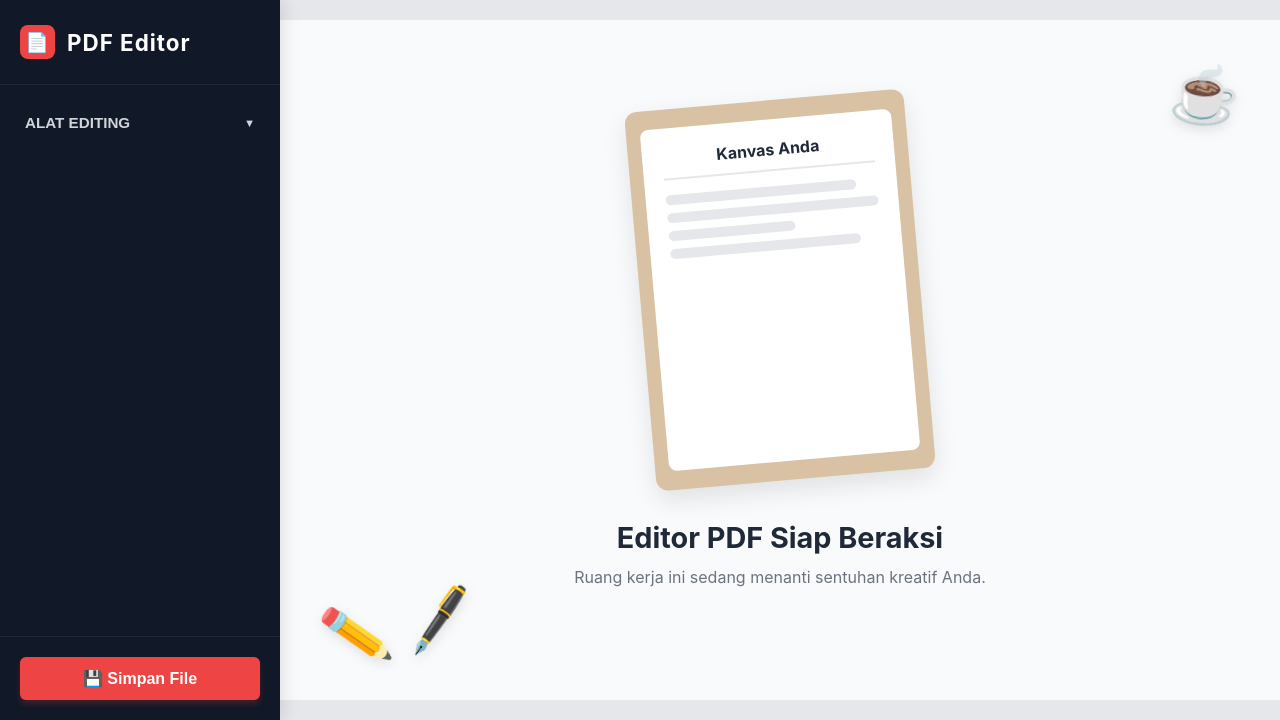
Repository: IkhsanMoekhtar/pdf_editor
Page: /
These files come from the project's save history. The page is drawn as it stood at one moment and after the next save; the edit follows.
The browser window is 1280 px wide. The pictures show the whole page.
The project was rebuilt for these pictures with package versions that can differ from the ones it lists, and the page was loaded fresh each time. Also part of the build but not shown: vite.config.js.

Above is the page before, as saved 2026-03-18 05:51:54.

### index.html
<!doctype html>
<html lang="en">
  <head>
    <meta charset="UTF-8" />
    <link rel="icon" type="image/svg+xml" href="/favicon.svg" />
    <meta name="viewport" content="width=device-width, initial-scale=1.0" />
    <title>frontend-pdf</title>
  </head>
  <body>
    <div id="root"></div>
    <script type="module" src="/src/main.jsx"></script>
  </body>
</html>

### src/index.css
/* --- CSS RESET GLOBAL --- */

/* Tanda bintang (*) artinya menerapkan aturan ini ke SEMUA elemen di website */
* {
  margin: 0;
  padding: 0;
  box-sizing: border-box; /* Memastikan padding tidak menambah lebar elemen */
}

/* Memaksa elemen dasar website untuk mengambil 100% layar tanpa sisa */
html, body, #root {
  width: 100%;
  height: 100%;
  background-color: #f3f4f6; /* Warna latar belakang aplikasi kita */
}

/* Menghilangkan font default yang kaku */
body {
  font-family: Inter, system-ui, Avenir, Helvetica, Arial, sans-serif;
  -webkit-font-smoothing: antialiased;
}

### src/App.jsx
import React, { useState, useRef, useEffect } from 'react';
import { Document, Page, pdfjs } from 'react-pdf';
import './App.css';

// Setup worker standar Vite
pdfjs.GlobalWorkerOptions.workerSrc = new URL(
  'pdfjs-dist/build/pdf.worker.min.mjs',
  import.meta.url,
).toString();

function App() {
  // --- STATE DASAR ---
  const [pdfFile, setPdfFile] = useState(null);
  const [activeTool, setActiveTool] = useState(null);
  const [expandedMenu, setExpandedMenu] = useState(null);
  const fileInputRef = useRef(null);

  // --- STATE PDF VIEWER ---
  const [numPages, setNumPages] = useState(null);
  const [pageNumber, setPageNumber] = useState(1);

  // --- STATE UNTUK ZOOM OTOMATIS (FIT TO BOX) ---
  const pdfWrapperRef = useRef(null);
  const [containerSize, setContainerSize] = useState({ width: 0, height: 0 });
  const [pageDetails, setPageDetails] = useState(null);

  // Mengukur area kerja yang tersedia saat browser diubah ukurannya
  useEffect(() => {
    const observer = new ResizeObserver((entries) => {
      if (entries[0]) {
        setContainerSize({
          // Mengurangi padding agar PDF tidak terlalu mepet ke ujung layar
          width: entries[0].contentRect.width - 60,
          height: entries[0].contentRect.height - 100
        });
      }
    });

    if (pdfWrapperRef.current) {
      observer.observe(pdfWrapperRef.current);
    }

    return () => observer.disconnect();
  }, [pdfFile]);

  // Fungsi mengkalkulasi zoom agar pas di tengah (tidak memotong tinggi/lebar)
  const calculateScale = () => {
    if (!containerSize.width || !containerSize.height || !pageDetails) {
      return 1; // Skala default saat sedang proses memuat
    }

    // Bandingkan rasio ruang kosong dengan ukuran asli PDF
    const scaleX = containerSize.width / pageDetails.width;
    const scaleY = containerSize.height / pageDetails.height;

    // Ambil zoom yang paling kecil agar PDF tidak keluar dari layar
    return Math.min(scaleX, scaleY);
  };

  // --- FUNGSI INTERAKSI ---
  const handleFileUpload = (event) => {
    const file = event.target.files[0];
    if (file && file.type === 'application/pdf') {
      setPdfFile(file);
      setPageNumber(1);
      setPageDetails(null); // Reset ukuran saat ganti dokumen baru
    } else {
      alert("Mohon unggah file dengan format PDF.");
    }
  };

  const onDocumentLoadSuccess = ({ numPages }) => {
    setNumPages(numPages);
  };

  const onPageLoadSuccess = (page) => {
    // Menyimpan ukuran asli PDF (portrait/landscape) ke dalam memori
    setPageDetails({
      width: page.originalWidth,
      height: page.originalHeight
    });
  };

  const changePage = (offset) => {
    setPageNumber(prevPageNumber => prevPageNumber + offset);
  };

  const handleToolClick = (toolName) => {
    setActiveTool(toolName);
    if (toolName === 'save') alert("Mempersiapkan data!");
  };

  const triggerUpload = () => fileInputRef.current.click();
  const toggleMenu = (menuName) => setExpandedMenu(expandedMenu === menuName ? null : menuName);

  return (
    <div className="app-container">

      {/* --- SIDEBAR --- */}
      <aside className="main-sidebar">
        <div className="brand">
          <span className="brand-icon">📄</span>
          <strong>PDF Editor</strong>
        </div>

        <nav className="sidebar-nav">
          <div className={`nav-group ${expandedMenu === 'tools' ? 'expanded' : ''}`}>
            <button className="nav-item has-arrow" onClick={() => toggleMenu('tools')}>
              ALAT EDITING <span className="arrow">▼</span>
            </button>
            <div className="submenu">
              <button className={`submenu-btn ${activeTool === 'text' ? 'active' : ''}`} onClick={() => handleToolClick('text')}>
                <span className="doc-icon icon-pdf">T</span> Tambah Teks
              </button>
              <button className={`submenu-btn ${activeTool === 'draw' ? 'active' : ''}`} onClick={() => handleToolClick('draw')}>
                <span className="doc-icon icon-pdf">C</span> Coretan Bebas
              </button>
            </div>
          </div>
        </nav>

        <div className="sidebar-footer">
          <button className="save-btn" onClick={() => handleToolClick('save')}>💾 Simpan File</button>
        </div>
      </aside>

      {/* --- AREA KERJA UTAMA --- */}
      <main className="workspace">

        {/* Kontainer yang diukur oleh ResizeObserver */}
        <div
          className="viewer-container"
          ref={pdfWrapperRef}
          style={{ width: '100%', height: '100%', display: 'flex', flexDirection: 'column', alignItems: 'center', justifyContent: 'center', overflow: 'hidden', backgroundColor: '#e5e7eb' }}
        >

          {pdfFile ? (
            <div className="custom-pdf-viewer" style={{ display: 'flex', flexDirection: 'column', alignItems: 'center', width: '100%', height: '100%', padding: '20px' }}>

              {/* Toolbar Navigasi Halaman */}
              <div className="pdf-controls" style={{ flexShrink: 0, marginBottom: '15px', display: 'flex', gap: '15px', alignItems: 'center', backgroundColor: 'white', padding: '10px 20px', borderRadius: '8px', boxShadow: '0 2px 5px rgba(0,0,0,0.1)' }}>
                <button onClick={() => changePage(-1)} disabled={pageNumber <= 1} style={{ padding: '8px 12px', cursor: pageNumber <= 1 ? 'not-allowed' : 'pointer', border: '1px solid #ccc', borderRadius: '4px', background: 'white' }}>
                  ◀ Sebelumnya
                </button>
                <span style={{ fontWeight: 'bold', color: '#374151' }}>
                  Halaman {pageNumber} dari {numPages || '--'}
                </span>
                <button onClick={() => changePage(1)} disabled={pageNumber >= numPages} style={{ padding: '8px 12px', cursor: pageNumber >= numPages ? 'not-allowed' : 'pointer', border: '1px solid #ccc', borderRadius: '4px', background: 'white' }}>
                  Selanjutnya ▶
                </button>
              </div>

              {/* Area Render Kertas PDF (Diberi bungkus agar posisinya stabil di tengah) */}
              <div className="pdf-paper-wrapper" style={{ flex: 1, overflow: 'auto', display: 'flex', justifyContent: 'center', alignItems: 'center', width: '100%' }}>
                <div className="pdf-paper" style={{ boxShadow: '0 10px 30px rgba(0,0,0,0.15)', backgroundColor: 'white' }}>
                  <Document
                    file={pdfFile}
                    onLoadSuccess={onDocumentLoadSuccess}
                    loading={<div style={{ padding: '50px' }}>Memuat mesin dan dokumen...</div>}
                  >
                    <Page
                      pageNumber={pageNumber}
                      renderTextLayer={false}
                      renderAnnotationLayer={false}
                      onLoadSuccess={onPageLoadSuccess}
                      scale={calculateScale()}
                    />
                  </Document>
                </div>
              </div>

            </div>
          ) : (
            // --- AREA EMPTY STATE (Upload Baru) ---
            <div className="empty-state desktop-scene" onClick={triggerUpload} style={{ margin: '20px' }}>
              <input type="file" accept="application/pdf" style={{ display: 'none' }} ref={fileInputRef} onChange={handleFileUpload} />
              <div className="clipboard">
                <div className="clipboard-paper">
                  <div className="clipboard-header">Kanvas Anda</div>
                  <div className="clipboard-content">
                    <div className="empty-line large"></div>
                    <div className="empty-line"></div>
                    <div className="empty-line medium"></div>
                    <div className="empty-line large"></div>
                  </div>
                </div>
              </div>
              <div className="desk-item coffee-cup">☕️</div>
              <div className="desk-item pens">✏️ 🖋️</div>
              <div className="message-container">
                <h3>Editor PDF Siap Beraksi</h3>
                <p>Ruang kerja ini sedang menanti sentuhan kreatif Anda.</p>
              </div>
            </div>
          )}
        </div>
      </main>
    </div>
  );
}

export default App;

### src/App.css
/* --- TATA LETAK UTAMA --- */
.app-container {
  display: flex;
  flex-direction: row; /* Kembali menyamping: Kiri Sidebar, Kanan Workspace */
  height: 100vh;
  font-family: Inter, system-ui, Avenir, Helvetica, Arial, sans-serif;
  background-color: #e5e7eb;
}

/* --- SIDEBAR BARU --- */
.main-sidebar {
  width: 280px;
  background-color: #111827; /* Warna gelap yang modern */
  color: #f3f4f6;
  display: flex;
  flex-direction: column;
  flex-shrink: 0;
  box-shadow: 4px 0 15px rgba(0,0,0,0.1);
  z-index: 10;
}

.brand {
  display: flex;
  align-items: center;
  gap: 12px;
  padding: 25px 20px;
  font-size: 1.4rem;
  font-weight: 800;
  letter-spacing: 1px;
  border-bottom: 1px solid #1f2937;
  color: #ffffff;
}

.brand-icon {
  background-color: #ef4444;
  padding: 5px;
  border-radius: 8px;
  font-size: 1.2rem;
}

/* --- NAVIGASI SIDEBAR (ACCORDION) --- */
.sidebar-nav {
  flex: 1;
  overflow-y: auto; /* Bisa di-scroll jika menu terlalu panjang */
  padding: 15px 0;
}

/* Tombol Menu Utama */
.nav-item {
  width: 100%;
  text-align: left;
  background: transparent;
  border: none;
  color: #d1d5db;
  padding: 14px 25px;
  font-size: 0.95rem;
  font-weight: 600;
  cursor: pointer;
  display: flex;
  justify-content: space-between;
  align-items: center;
  transition: all 0.2s;
}

.nav-item:hover {
  background-color: #1f2937;
  color: #ffffff;
}

.arrow {
  font-size: 0.7rem;
  transition: transform 0.3s ease;
}

/* --- LOGIKA ACCORDION (Animasi Buka/Tutup) --- */
.submenu {
  max-height: 0; /* Secara default tertutup */
  overflow: hidden;
  background-color: #0b0f19; /* Latar submenu lebih gelap agar beda */
  transition: max-height 0.4s cubic-bezier(0.4, 0, 0.2, 1);
}

.nav-group.expanded .submenu {
  max-height: 500px; /* Terbuka saat div memiliki class 'expanded' */
}

.nav-group.expanded .arrow {
  transform: rotate(180deg); /* Panah berputar */
}

.nav-group.expanded .nav-item {
  color: #ef4444; /* Judul menu yang aktif berwarna merah */
}

/* Isi Submenu */
.submenu-title {
  font-size: 0.7rem;
  color: #6b7280;
  font-weight: 700;
  padding: 15px 25px 5px 25px;
  letter-spacing: 1px;
}

.submenu-btn {
  width: 100%;
  text-align: left;
  background: transparent;
  border: none;
  color: #9ca3af;
  padding: 10px 25px;
  font-size: 0.85rem;
  display: flex;
  align-items: center;
  cursor: pointer;
  transition: all 0.2s;
}

.submenu-btn:hover {
  color: #ffffff;
  background-color: #1f2937;
}

.submenu-btn.active {
  color: #ffffff;
  background-color: #ef4444;
}

/* -- IKON BERBASIS CSS (Tetap Dipertahankan) -- */
.doc-icon {
  display: inline-flex;
  align-items: center; justify-content: center;
  width: 20px; height: 20px;
  border-radius: 4px; font-size: 10px; font-weight: 800; color: white;
  margin-right: 12px;
}
.icon-jpg { background-color: #eab308; }
.icon-word { background-color: #3b82f6; }
.icon-ppt { background-color: #f97316; }
.icon-excel { background-color: #22c55e; }
.icon-pdf { background-color: #ef4444; }

/* --- BAGIAN BAWAH SIDEBAR --- */
.sidebar-footer {
  padding: 20px;
  border-top: 1px solid #1f2937;
}

.save-btn {
  width: 100%;
  padding: 12px;
  background-color: #ef4444;
  color: white;
  border: none;
  border-radius: 6px;
  font-weight: bold;
  font-size: 1rem;
  cursor: pointer;
  transition: background-color 0.2s;
  box-shadow: 0 4px 6px rgba(239, 68, 68, 0.2);
}

.save-btn:hover { background-color: #dc2626; }

/* --- AREA KERJA UTAMA --- */
.workspace {
  flex: 1;
  display: flex;
  position: relative;
  overflow: hidden;
}

.viewer-container {
  width: 100%;
  height: 100%;
  background-color: #f9fafb;
  display: flex;
  justify-content: center;
  align-items: center;
}

/* --- DESAIN AREA KOSONG (KLIK UNTUK UPLOAD) --- */
.empty-state.desktop-scene {
  display: flex;
  flex-direction: column;
  align-items: center;
  justify-content: center;
  height: 100%;
  width: 100%;
  background-color: #f9fafb;
  position: relative;
  padding: 40px;
  overflow: hidden;
  cursor: pointer; /* Mengubah kursor menjadi tangan (menandakan bisa diklik) */
  transition: background-color 0.3s ease;
}

/* Sedikit penggelapan latar belakang saat area disorot mouse */
.empty-state.desktop-scene:hover {
  /* Menjalankan animasi 'pulse-border' selama 2 detik, berulang terus menerus (infinite) */
  animation: pulse-border 2s infinite ease-in-out;

  /* Sedikit mencerahkan latar belakang agar efek glow lebih terlihat */
  background-color: rgba(59, 130, 246, 0.03);
}

.clipboard {
  width: 280px; height: 380px;
  background-color: #d8c2a3;
  border-radius: 12px;
  box-shadow: 0 10px 25px rgba(0,0,0,0.1);
  transform: rotate(-5deg);
  position: relative;
  display: flex; align-items: center; justify-content: center;
  margin-bottom: 40px;
  transition: transform 0.3s ease;
}

.empty-state.desktop-scene:hover .clipboard {
  transform: rotate(0deg) scale(1.03);
}

.clipboard-paper {
  width: 90%; height: 90%; background-color: #ffffff;
  border-radius: 8px; padding: 20px;
  display: flex; flex-direction: column; gap: 15px;
}

.clipboard-header {
  font-weight: bold; color: #1f2937;
  border-bottom: 2px solid #e5e7eb; padding-bottom: 10px; text-align: center;
}

.clipboard-content { flex: 1; display: flex; flex-direction: column; gap: 8px; }
.empty-line { height: 10px; background-color: #e5e7eb; border-radius: 5px; }
.empty-line.large { width: 90%; }
.empty-line.medium { width: 60%; }

.desk-item { position: absolute; font-size: 3.5rem; filter: drop-shadow(0 4px 6px rgba(0,0,0,0.1)); }
.coffee-cup { top: 40px; right: 40px; transform: rotate(5deg); }
.pens { bottom: 40px; left: 40px; display: flex; gap: 10px; transform: rotate(-10deg); }

.message-container { text-align: center; max-width: 500px; margin-bottom: 30px; }
.message-container h3 { font-size: 1.8rem; color: #1f2937; font-weight: 700; margin-bottom: 10px; }
.message-container p { color: #6b7280; line-height: 1.6; }

.start-hint-pil {
  display: flex; align-items: center; gap: 12px;
  background-color: #1f2937; color: #ffffff;
  padding: 12px 24px; border-radius: 999px;
  font-weight: bold; box-shadow: 0 6px 15px rgba(0,0,0,0.2);
  transition: all 0.2s;
}

.empty-state.desktop-scene:hover .start-hint-pil {
  background-color: #3b82f6; /* Berubah menjadi biru saat disorot */
  transform: translateY(-2px);
}

/* Animasi Ikon Mouse bergerak naik turun */
.bouncy-arrow {
  display: inline-block;
  font-size: 1.3rem;
  animation: bounce-vertical-hint 1.5s infinite;
}

@keyframes bounce-vertical-hint {
  0%, 100% { transform: translateY(0); }
  50% { transform: translateY(-5px); }
}

@keyframes pulse-border {
  0% {
    border-color: #9ca3af;
    box-shadow: 0 0 0 0 rgba(59, 130, 246, 0);
  }
  50% {
    /* Di titik tengah, border menjadi biru menyala dan memancarkan cahaya (glow) */
    border-color: #3b82f6;
    box-shadow: 0 0 20px 2px rgba(59, 130, 246, 0.3), inset 0 0 15px rgba(59, 130, 246, 0.1);
  }
  100% {
    border-color: #9ca3af;
    box-shadow: 0 0 0 0 rgba(59, 130, 246, 0);
  }
}

Loaded but not shown: src/main.jsx (common file)

After the next save:
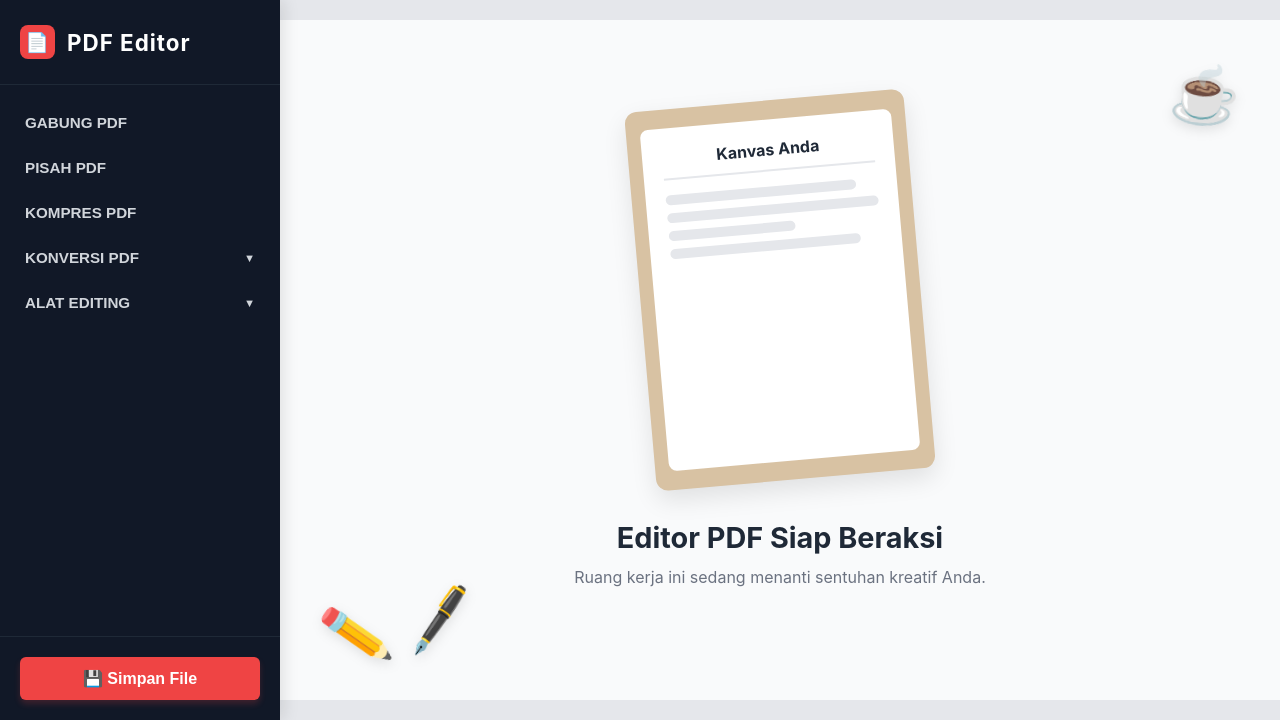
Saved 107 s later.
--- a/src/App.jsx
+++ b/src/App.jsx
@@ -12,7 +12,7 @@ function App() {
   // --- STATE DASAR ---
   const [pdfFile, setPdfFile] = useState(null);
   const [activeTool, setActiveTool] = useState(null);
-  const [expandedMenu, setExpandedMenu] = useState(null);
+  const [expandedMenu, setExpandedMenu] = useState(null); // State untuk Accordion Sidebar
   const fileInputRef = useRef(null);
 
   // --- STATE PDF VIEWER ---
@@ -24,12 +24,11 @@ function App() {
   const [containerSize, setContainerSize] = useState({ width: 0, height: 0 });
   const [pageDetails, setPageDetails] = useState(null);
 
-  // Mengukur area kerja yang tersedia saat browser diubah ukurannya
+  // Mengukur area kerja yang tersedia
   useEffect(() => {
     const observer = new ResizeObserver((entries) => {
       if (entries[0]) {
         setContainerSize({
-          // Mengurangi padding agar PDF tidak terlalu mepet ke ujung layar
           width: entries[0].contentRect.width - 60,
           height: entries[0].contentRect.height - 100
         });
@@ -43,17 +42,11 @@ function App() {
     return () => observer.disconnect();
   }, [pdfFile]);
 
-  // Fungsi mengkalkulasi zoom agar pas di tengah (tidak memotong tinggi/lebar)
+  // Kalkulasi zoom agar pas di tengah
   const calculateScale = () => {
-    if (!containerSize.width || !containerSize.height || !pageDetails) {
-      return 1; // Skala default saat sedang proses memuat
-    }
-
-    // Bandingkan rasio ruang kosong dengan ukuran asli PDF
+    if (!containerSize.width || !containerSize.height || !pageDetails) return 1;
     const scaleX = containerSize.width / pageDetails.width;
     const scaleY = containerSize.height / pageDetails.height;
-
-    // Ambil zoom yang paling kecil agar PDF tidak keluar dari layar
     return Math.min(scaleX, scaleY);
   };
 
@@ -63,7 +56,7 @@ function App() {
     if (file && file.type === 'application/pdf') {
       setPdfFile(file);
       setPageNumber(1);
-      setPageDetails(null); // Reset ukuran saat ganti dokumen baru
+      setPageDetails(null);
     } else {
       alert("Mohon unggah file dengan format PDF.");
     }
@@ -74,11 +67,7 @@ function App() {
   };
 
   const onPageLoadSuccess = (page) => {
-    // Menyimpan ukuran asli PDF (portrait/landscape) ke dalam memori
-    setPageDetails({
-      width: page.originalWidth,
-      height: page.originalHeight
-    });
+    setPageDetails({ width: page.originalWidth, height: page.originalHeight });
   };
 
   const changePage = (offset) => {
@@ -87,7 +76,7 @@ function App() {
 
   const handleToolClick = (toolName) => {
     setActiveTool(toolName);
-    if (toolName === 'save') alert("Mempersiapkan data!");
+    if (toolName === 'save') alert("Mempersiapkan data untuk backend Golang!");
   };
 
   const triggerUpload = () => fileInputRef.current.click();
@@ -96,7 +85,7 @@ function App() {
   return (
     <div className="app-container">
 
-      {/* --- SIDEBAR --- */}
+      {/* --- SIDEBAR UTAMA (LENGKAP) --- */}
       <aside className="main-sidebar">
         <div className="brand">
           <span className="brand-icon">📄</span>
@@ -104,6 +93,31 @@ function App() {
         </div>
 
         <nav className="sidebar-nav">
+          <button className="nav-item">GABUNG PDF</button>
+          <button className="nav-item">PISAH PDF</button>
+          <button className="nav-item">KOMPRES PDF</button>
+
+          {/* Grup Menu: KONVERSI PDF */}
+          <div className={`nav-group ${expandedMenu === 'convert' ? 'expanded' : ''}`}>
+            <button className="nav-item has-arrow" onClick={() => toggleMenu('convert')}>
+              KONVERSI PDF <span className="arrow">▼</span>
+            </button>
+            <div className="submenu">
+              <div className="submenu-title">KE PDF</div>
+              <button className="submenu-btn"><span className="doc-icon icon-jpg">J</span> JPG ke PDF</button>
+              <button className="submenu-btn"><span className="doc-icon icon-word">W</span> WORD ke PDF</button>
+              <button className="submenu-btn"><span className="doc-icon icon-ppt">P</span> PPT ke PDF</button>
+              <button className="submenu-btn"><span className="doc-icon icon-excel">X</span> EXCEL ke PDF</button>
+
+              <div className="submenu-title" style={{ marginTop: '10px' }}>DARI PDF</div>
+              <button className="submenu-btn"><span className="doc-icon icon-jpg">J</span> PDF ke JPG</button>
+              <button className="submenu-btn"><span className="doc-icon icon-word">W</span> PDF ke WORD</button>
+              <button className="submenu-btn"><span className="doc-icon icon-ppt">P</span> PDF ke PPT</button>
+              <button className="submenu-btn"><span className="doc-icon icon-excel">X</span> PDF ke EXCEL</button>
+            </div>
+          </div>
+
+          {/* Grup Menu: ALAT EDIT */}
           <div className={`nav-group ${expandedMenu === 'tools' ? 'expanded' : ''}`}>
             <button className="nav-item has-arrow" onClick={() => toggleMenu('tools')}>
               ALAT EDITING <span className="arrow">▼</span>
@@ -115,25 +129,28 @@ function App() {
               <button className={`submenu-btn ${activeTool === 'draw' ? 'active' : ''}`} onClick={() => handleToolClick('draw')}>
                 <span className="doc-icon icon-pdf">C</span> Coretan Bebas
               </button>
+              <button className={`submenu-btn ${activeTool === 'highlight' ? 'active' : ''}`} onClick={() => handleToolClick('highlight')}>
+                <span className="doc-icon icon-pdf">H</span> Highlight Area
+              </button>
             </div>
           </div>
         </nav>
 
+        {/* Tombol Simpan selalu berada di bawah */}
         <div className="sidebar-footer">
-          <button className="save-btn" onClick={() => handleToolClick('save')}>💾 Simpan File</button>
+          <button className="save-btn" onClick={() => handleToolClick('save')}>
+            💾 Simpan File
+          </button>
         </div>
       </aside>
 
       {/* --- AREA KERJA UTAMA --- */}
       <main className="workspace">
-
-        {/* Kontainer yang diukur oleh ResizeObserver */}
         <div
           className="viewer-container"
           ref={pdfWrapperRef}
           style={{ width: '100%', height: '100%', display: 'flex', flexDirection: 'column', alignItems: 'center', justifyContent: 'center', overflow: 'hidden', backgroundColor: '#e5e7eb' }}
         >
-
           {pdfFile ? (
             <div className="custom-pdf-viewer" style={{ display: 'flex', flexDirection: 'column', alignItems: 'center', width: '100%', height: '100%', padding: '20px' }}>
 
@@ -150,7 +167,7 @@ function App() {
                 </button>
               </div>
 
-              {/* Area Render Kertas PDF (Diberi bungkus agar posisinya stabil di tengah) */}
+              {/* Area Render Kertas PDF */}
               <div className="pdf-paper-wrapper" style={{ flex: 1, overflow: 'auto', display: 'flex', justifyContent: 'center', alignItems: 'center', width: '100%' }}>
                 <div className="pdf-paper" style={{ boxShadow: '0 10px 30px rgba(0,0,0,0.15)', backgroundColor: 'white' }}>
                   <Document
